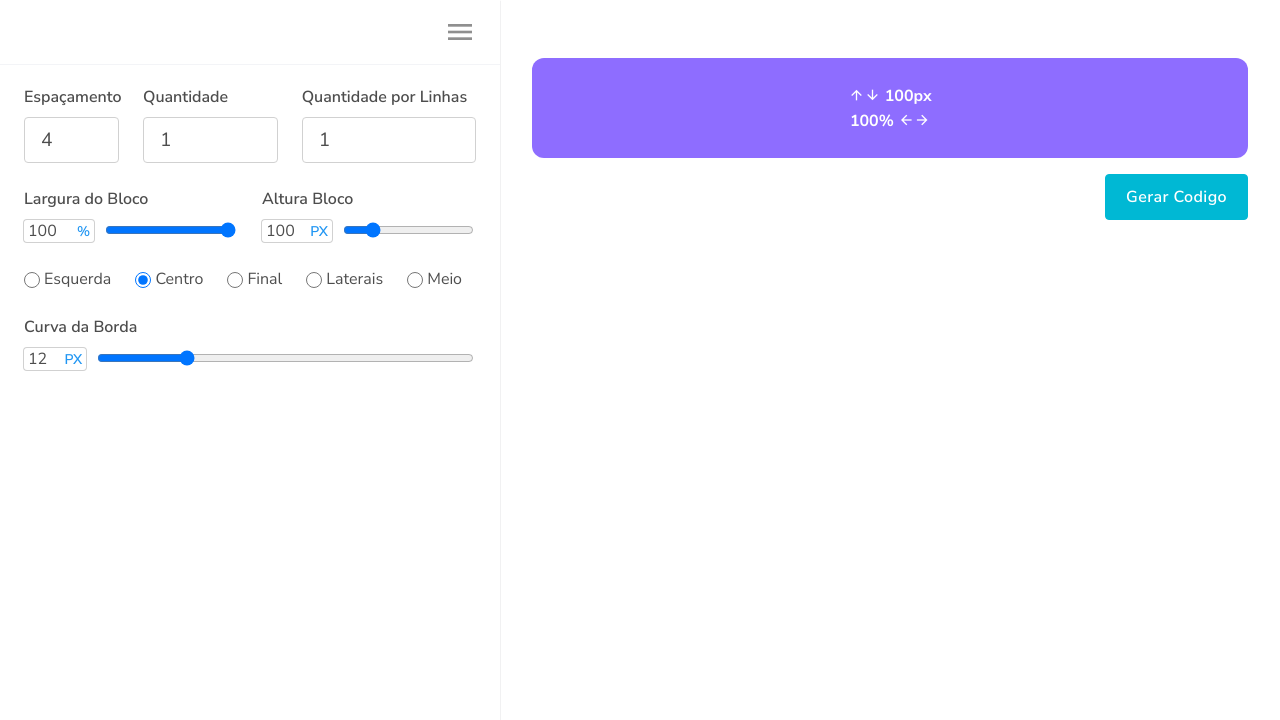
Repository: Flintdl/lowcode-elements
Page: /
The author's editor kept a copy of each file at every save. The page is drawn from the files as they stood at one save, then again after the next save.
The browser window is 1280 px wide. The pictures show the whole page.
The project was rebuilt for these pictures with package versions that can differ from the ones it lists, and the page was loaded fresh each time. Also part of the build but not shown: vue.config.js.

Above is the page before, as saved 2022-04-05 11:55:52.

### src/components/Menu/MenuTemplate.vue
<template>
  <div>
    <div
      class="ham burger-link-mobile sf-display-flex sf-display-md-none"
      @click="menu"
    >
      <i class="mdi mdi-menu sf-text-xlg sf-text-muted sf-dropdown-action"></i>
    </div>
    <nav class="sf-menu">
      <div class="sf-menu-header">
        <div
          @click="menu"
          class="hamburger-link sf-display-none sf-display-md-block"
        >
          <i
            class="mdi mdi-menu sf-text-xlg sf-text-muted sf-dropdown-action"
          ></i>
        </div>
      </div>
      <div class="sf-menu-body">
        <ul class="sf-menu-ul">
          <li class="sf-menu-li sf-px-4">
            <div class="sf-row">
              <InputGapTemplate
                :valorInput="inputGap"
                v-on:callback="getValorCampo"
              />
              <InputQuantidadeTemplate
                :valorInput="inputQuantidade"
                v-on:callback="getValorCampoQuantidade"
              />

              <div class="sf-col-5 sf-form-group">
                <label class="sf-label">Quantidade por Linhas</label>
                <input
                  type="number"
                  min="1"
                  max="12"
                  value="1"
                  id="inputQuantidadeLinha"
                  v-model="inputQuantidadeLinha"
                  class="filter-states sf-text-capitalize"
                  placeholder="Quantidade Linha"
                />
              </div>
              <div class="sf-col-6 sf-form-group">
                <label class="sf-label">Largura do Bloco</label>
                <div class="sf-input-group">
                  <div
                    class="sf-input-group-append sf-display-flex sf-justify-content-center"
                  >
                    <div
                      class="sf-display-flex sf-align-items-center sf-justify-content-center sf-border-left-0 sf-border-radius sf-border-radius-left-0 sf-pr-2 sf-text-info sf-font-weight-bold sf-min-80-px"
                    >
                      <div class="sf-input-group">
                        <input
                          type="number"
                          value="1"
                          min="1"
                          max="100"
                          v-model="inputRange"
                          class="sf-text-md sf-height-fit-content sf-pr-0 sf-pl-1 sf-border-right-0 sf-border-radius-right-0 sf-text-capitalize"
                          placeholder="Curva da Borda"
                        />
                        <div
                          class="sf-input-group-append sf-display-flex sf-justify-content-center"
                        >
                          <div
                            class="sf-display-flex sf-align-items-center sf-border sf-justify-content-center sf-border-left-0 sf-border-radius sf-border-radius-left-0 sf-pr-1 sf-text-info sf-font-weight-bold sf-text-sm"
                          >
                            %
                          </div>
                        </div>
                      </div>
                    </div>
                  </div>
                  <input
                    type="range"
                    min="10"
                    max="100"
                    value="10"
                    id="inputRange"
                    v-model="inputRange"
                    class="sf-px-0 sf-border-right-0 sf-border-radius-right-0 sf-text-capitalize"
                  />
                </div>
              </div>
              <div class="sf-col-6 sf-form-group">
                <label class="sf-label">Altura Bloco</label>
                <div class="sf-input-group">
                  <div
                    class="sf-input-group-append sf-display-flex sf-justify-content-center"
                  >
                    <div
                      class="sf-display-flex sf-align-items-center sf-justify-content-center sf-border-left-0 sf-border-radius sf-border-radius-left-0 sf-pr-2 sf-text-info sf-font-weight-bold sf-min-80-px"
                    >
                      <div class="sf-input-group">
                        <input
                          type="number"
                          value="1"
                          min="1"
                          max="500"
                          v-model="valorHeight"
                          class="sf-text-md sf-height-fit-content sf-pr-0 sf-pl-1 sf-border-right-0 sf-border-radius-right-0 sf-text-capitalize"
                          placeholder="Curva da Borda"
                        />
                        <div
                          class="sf-input-group-append sf-display-flex sf-justify-content-center"
                        >
                          <div
                            class="sf-display-flex sf-align-items-center sf-border sf-justify-content-center sf-border-left-0 sf-border-radius sf-border-radius-left-0 sf-pr-1 sf-text-info sf-font-weight-bold sf-text-sm"
                          >
                            PX
                          </div>
                        </div>
                      </div>
                    </div>
                  </div>
                  <input
                    type="range"
                    min="10"
                    max="500"
                    id="valorHeight"
                    v-model="valorHeight"
                    class="sf-px-0 sf-border-right-0 sf-border-radius-right-0 sf-text-capitalize"
                  />
                </div>
              </div>
              <div class="sf-col-auto sf-form-group">
                <input
                  id="start"
                  type="radio"
                  name="positionDivs"
                  v-model="checkValue"
                  value="start"
                  checked
                />
                <label for="start"> Esquerda</label>
              </div>

              <div class="sf-col-auto sf-form-group">
                <input
                  type="radio"
                  id="center"
                  name="positionDivs"
                  v-model="checkValue"
                  value="center"
                />
                <label for="center"> Centro</label>
              </div>

              <div class="sf-col-auto sf-form-group">
                <input
                  type="radio"
                  id="end"
                  name="positionDivs"
                  v-model="checkValue"
                  value="end"
                />
                <label for="end"> Final</label>
              </div>
              <div class="sf-col-auto sf-form-group">
                <input
                  type="radio"
                  id="between"
                  name="positionDivs"
                  v-model="checkValue"
                  value="between"
                />
                <label for="between"> Laterais</label>
              </div>
              <div class="sf-col-auto sf-form-group">
                <input
                  type="radio"
                  id="around"
                  name="positionDivs"
                  v-model="checkValue"
                  value="around"
                />
                <label for="around"> Meio</label>
              </div>
              <div class="sf-col-12 sf-form-group">
                <label class="sf-label">Curva da Borda</label>
                <div class="sf-input-group">
                  <div
                    class="sf-input-group-append sf-display-flex sf-justify-content-center"
                  >
                    <div
                      class="sf-display-flex sf-align-items-center sf-justify-content-center sf-border-left-0 sf-border-radius sf-border-radius-left-0 sf-pr-2 sf-text-info sf-font-weight-bold sf-min-60-px"
                    >
                      <div class="sf-input-group">
                        <input
                          type="number"
                          value="1"
                          min="1"
                          max="50"
                          v-model="inputBorderRadius"
                          class="sf-text-md sf-height-fit-content sf-pr-0 sf-pl-1 sf-border-right-0 sf-border-radius-right-0 sf-text-capitalize"
                          placeholder="Curva da Borda"
                        />
                        <div
                          class="sf-input-group-append sf-display-flex sf-justify-content-center"
                        >
                          <div
                            class="sf-display-flex sf-align-items-center sf-border sf-justify-content-center sf-border-left-0 sf-border-radius sf-border-radius-left-0 sf-pr-1 sf-text-info sf-font-weight-bold sf-text-sm"
                          >
                            PX
                          </div>
                        </div>
                      </div>
                    </div>
                  </div>
                  <input
                    type="range"
                    value="1"
                    min="1"
                    max="50"
                    id="inputBorderRadius"
                    v-model="inputBorderRadius"
                    class="sf-px-0 sf-border-right-0 sf-border-radius-right-0 sf-text-capitalize"
                    placeholder="Curva da Borda"
                  />
                </div>
              </div>
            </div>
          </li>
        </ul>
      </div>
    </nav>
    <div class="sf-content-page">
      <HomeView
        :valor="inputRange"
        :inputGap="inputGap"
        :valorHeight="valorHeight"
        :quantidade="parseInt(inputQuantidade)"
        :quantidadeLinha="inputQuantidadeLinha"
        :inputBorderRadius="inputBorderRadius"
        :checkValue="checkValue"
      />
    </div>
    <div class="ga-mascara-fundo" @click="mask"></div>
  </div>
</template>

<script>
import HomeView from "@/views/HomeView.vue";
import InputGapTemplate from "@/components/templates/InputGapTemplate.vue";
import InputQuantidadeTemplate from "@/components/templates/InputQuantidadeTemplate.vue";
import image from "@/assets/logo-soften.webp";

export default {
  name: "MenuTemplate",
  data: function () {
    return {
      inputQuantidade: (this.inputQuantidade = "1"),
      inputQuantidadeLinha: (this.inputQuantidadeLinha = "1"),
      inputBorderRadius: (this.inputBorderRadius = "12"),
      inputRange: (this.inputRange = "100"),
      valorHeight: (this.valorHeight = "100"),
      inputGap: (this.inputGap = "4"),
      checkValue: (this.checkValue = "center"),
      image: image,
    };
  },
  components: {
    HomeView,
    InputGapTemplate,
    InputQuantidadeTemplate,
  },
  beforeMount() {
    if (window.innerWidth >= 768) {
      if (localStorage.getItem("menu") === "fechado") {
        document.body.classList.add("menu-fechado");
      } else {
        document.body.classList.remove("menu-fechado");
      }
    }

    (function () {
      var current = window.location.pathname.split("")[0];
      if (current === "") return;
      var menuItems = document.querySelectorAll(".sf-menu-list-link");
      for (var i = 0, len = menuItems.length; i < len; i++) {
        if (menuItems[i].getAttribute("href").indexOf(current) !== -1) {
          menuItems[i].className += " active-nolink";
          menuItems[i].nextElementSibling.className += " active-nolink";
        }
      }
    })();
  },
  methods: {
    menu() {
      if (window.innerWidth >= 768) {
        document.body.classList.toggle("menu-fechado");
        if (document.body.classList.contains("menu-fechado")) {
          localStorage.setItem("menu", "fechado");
        } else {
          localStorage.removeItem("menu");
        }
      } else {
        document.body.classList.toggle("menu-mobile-aberto");
      }
    },
    mask() {
      document.body.classList.remove("menu-mobile-aberto");
    },
    getValorCampo(valor) {
      this.inputGap = valor;
    },
    getValorCampoQuantidade(valor) {
      this.inputQuantidade = valor;
    },
  },
};

// function dropdown(menu) {
//   var dropdowns = document.getElementsByClassName("sf-dropdown-menu");
//   var i;
//   for (i = 0; i < dropdowns.length; i++) {
//     var openDropdown = dropdowns[i];
//     if (openDropdown.classList.contains("show")) {
//       openDropdown.classList.remove("show");
//     }
//   }
//   document.querySelector(menu).classList.toggle("show");
// }
</script>

<style lang="scss">
@import "@/assets/scss/style.scss";
@import "@/assets/scss/standard.scss";
@import "@/assets/scss/menu.scss";
</style>

### src/assets/scss/_variables.scss
// Primarys Colors
$standardTextColor: #4d4d4d;

$primaryColor: #8e6dff;
$secondaryColor: #009997;
$buttonDisableColor: #9c9c9c;
$buttonDisableBgColor: #7676764d;

// Menu Colors

$bgMenuColor: #1d1d1d;
$linkMenuColor: #7b8089;
$iconMenuColor: #2a2a2a;
$borderMenuColor: #323232;

// Botão Colors

$btnPrimary: #00b8d4;
$btnPrimaryHover: #0085b0;

// Generics Colors

$whiteColor: #ffffff;
$mutedColor: #8f8f8f;
$cardColor: #f3f4f7;
$cardColorLight: #f9fafc;
$cardColorLightTwo: #f1f5fc;
$greyLight: #d1d1d1;

// Dropdown Colors

$dropdownHeaderColor: #5f5f5f;
$dropdownColor: #ebffff;

// State Colors

$successColor: #3dc661;
$dangerColor: #e7515a;
$warningColor: #e2a03f;
$infoColor: #2196f3;
$defaultColor: #172b4d;
$lightColor: #e0e0e0;

### src/views/HomeView.vue
<template>
  <div>
    <div class="sf-row">
      <div
        id="sf-preview-code-content"
        class="sf-col-12 sf-mx-auto sf-position-relative"
      >
        <!-- <div class="sf-display-flex sf-flex-wrap sf-width-100">
          <div
            id="sf-grid-template"
            class="sf-grid sf-position-relative"
            :style="{
              width: cssProps.width,
              height: String(valorHeight) + 'px',
              left: inputGap / 2 + 'px',
            }"
            v-bind:key="n"
            v-for="n of quantidade"
          ></div>
        </div> -->
        <div id="sf-preview-code">
          <div
            :style="gapProps"
            :class="[
              'sf-display-flex sf-flex-wrap sf-width-100',
              'sf-justify-content-' + checkValue,
            ]"
          >
            <DivGrid
              v-bind:key="n"
              v-for="n of quantidade"
              :tamanho="String(valor)"
              :altura="String(valorHeight)"
              class="sf-position-relative"
              :cssDefinido="cssProps"
            />
          </div>
        </div>
      </div>
      <div class="sf-col-12 sf-mt-3 sf-display-flex sf-justify-content-end">
        <button class="sf-btn sf-btn-primary" @click="gerarCodigo">
          Gerar Codigo
        </button>
      </div>
    </div>
    <div class="sf-row" v-if="htmlPreviewCode">
      <div class="sf-col-12 sf-mx-auto sf-mt-5 sf-code-content">
        <div class="sf-bg-code sf-p-4 sf-border-radius">
          <code>
            <span class="sf-text-info">Código do Preview</span> <br />
            {{ htmlPreviewCode }}
          </code>
        </div>
      </div>
    </div>
  </div>
</template>

<script>
// @ is an alias to /src

import DivGrid from "@/components/templates/DivGrid.vue";

export default {
  name: "HomeView",
  data: function () {
    return {
      htmlPreviewCode: null,
    };
  },
  components: {
    DivGrid,
  },
  props: {
    valor: String,
    inputGap: String,
    quantidade: Number,
    valorHeight: String,
    quantidadeLinha: String,
    inputBorderRadius: String,
    checkValue: String,
  },
  computed: {
    cssProps() {
      return {
        width: `calc((${this.valor}% - ${this.inputGap}px * ${
          this.quantidadeLinha - "1"
        }) / ${this.quantidadeLinha})`,
        height: this.valorHeight + "px",
        "border-radius": this.inputBorderRadius + "px",
      };
    },
    gapProps() {
      return {
        gap: this.inputGap + "px",
      };
    },
  },
  methods: {
    gerarCodigo() {
      this.htmlPreviewCode =
        document.getElementById("sf-preview-code").innerHTML;
    },
  },
};
</script>

<style>
#sf-grid-template:after {
  content: "";
  width: 100%;
  height: 150%;
  top: -25%;
  background-color: #ff008c0a;
  border: 1px solid rgba(255, 0, 140, 0.103);
  border-left: 2px solid #ff008c38;
  border-right: 2px solid #ff008c38;
  position: absolute;
}
</style>

### src/components/templates/InputGapTemplate.vue
<template>
  <div class="sf-col-3 sf-form-group">
    <label class="sf-label">Espaçamento</label>
    <input
      type="number"
      min="1"
      max="12"
      value="2"
      id="inputGap"
      v-model="valor"
      class="filter-states sf-text-capitalize"
      placeholder="Quantidade de Blocos"
    />
  </div>
</template>

<script>
export default {
  props: {
    valorInput: String,
  },
  computed: {
    valor: {
      get() {
        var inp = this.valorInput;
        return inp;
      },
      set(valorInput) {
        this.$emit("callback", valorInput);
      },
    },
  },
};
</script>

<style></style>

### src/components/templates/InputQuantidadeTemplate.vue
<template>
  <div class="sf-col-4 sf-form-group">
    <label class="sf-label">Quantidade</label>
    <input
      type="number"
      value="1"
      id="inputQuantidade"
      v-model="valor"
      class="filter-states sf-text-capitalize"
      placeholder="Quantidade de Blocos"
    />
  </div>
</template>

<script>
export default {
  props: {
    valorInput: String,
  },
  computed: {
    valor: {
      get() {
        var inp = this.valorInput;
        return inp;
      },
      set(valorInput) {
        this.$emit("callback", valorInput);
      },
    },
  },
};
</script>

<style></style>

### src/components/templates/DivGrid.vue
<template>
  <div
    class="sf-bg-primary sf-position-relative sf-overflow-hidden"
    :style="cssDefinido"
  >
    <span
      class="sf-position-absolute sf-centerAbsolute-xy sf-text-white sf-font-weight-extra-bold sf-text-center"
      :style="tamanho"
    >
      <i
        class="mdi mdi-arrow-up sf-text-md sf-text-white sf-dropdown-action"
      ></i>
      <i
        class="mdi mdi-arrow-down sf-text-md sf-text-white sf-dropdown-action"
      ></i>
      {{ altura }}px <br />

      {{ tamanho }}%
      <i
        class="mdi mdi-arrow-left sf-text-md sf-text-white sf-dropdown-action"
      ></i>
      <i
        class="mdi mdi-arrow-right sf-text-md sf-text-white sf-dropdown-action"
      ></i>
    </span>
  </div>
</template>

<script>
export default {
  props: {
    cssDefinido: Object,
    tamanho: String,
    altura: String,
  },
};
</script>

<style></style>

### src/components/templates/InputQuantLinhasTemplate.vue
<template>
  <div class="sf-col-4 sf-form-group">
    <label class="sf-label">Quantidade</label>
    <input
      type="number"
      value="1"
      id="inputQuantidade"
      v-model="valor"
      class="filter-states sf-text-capitalize"
      placeholder="Quantidade de Blocos"
    />
  </div>
</template>

<script>
export default {
  props: {
    valorInput: String,
  },
  computed: {
    valor: {
      get() {
        var inp = this.valorInput;
        return inp;
      },
      set(valorInput) {
        this.$emit("callback", valorInput);
      },
    },
  },
};
</script>

<style></style>

Loaded but not shown: public/index.html (common file); src/main.js (common file); src/App.vue (common file); src/registerServiceWorker.js (common file); src/router/index.js (common file); src/assets/scss/materialdesignicons.scss (9 lines, source omitted); src/assets/scss/style.scss (4095 lines, source omitted); src/assets/scss/menu.scss (396 lines, source omitted); src/assets/scss/standard.scss (381 lines, source omitted)

After the next save:
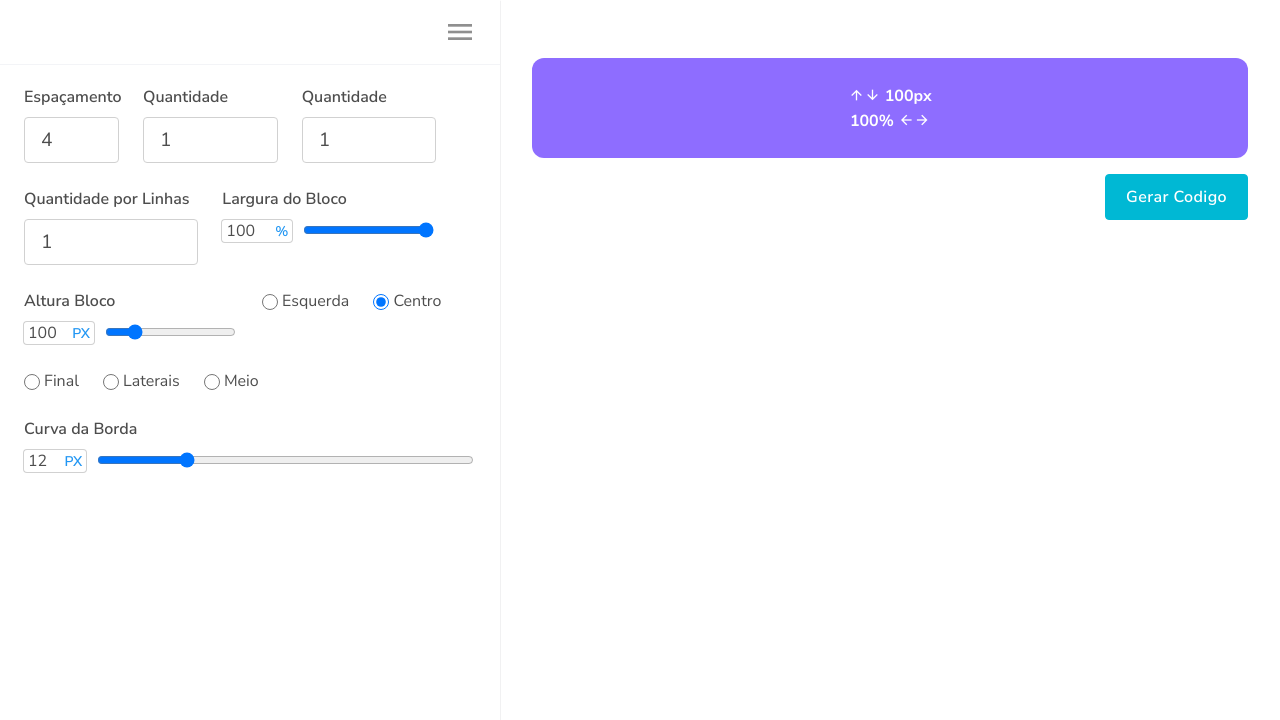
Saved 93 min 56 s later.
--- a/src/components/Menu/MenuTemplate.vue
+++ b/src/components/Menu/MenuTemplate.vue
@@ -28,6 +28,11 @@
               <InputQuantidadeTemplate
                 :valorInput="inputQuantidade"
                 v-on:callback="getValorCampoQuantidade"
+              />
+
+              <InputQuantLinhasTemplate
+                :valorInput="inputQuantidadeLinha"
+                v-on:callback="getValorCampoQuantidadeLinha"
               />
 
               <div class="sf-col-5 sf-form-group">
@@ -246,6 +251,7 @@
 import HomeView from "@/views/HomeView.vue";
 import InputGapTemplate from "@/components/templates/InputGapTemplate.vue";
 import InputQuantidadeTemplate from "@/components/templates/InputQuantidadeTemplate.vue";
+import InputQuantLinhasTemplate from "@/components/templates/InputQuantLinhasTemplate.vue";
 import image from "@/assets/logo-soften.webp";
 
 export default {
@@ -266,6 +272,7 @@ export default {
     HomeView,
     InputGapTemplate,
     InputQuantidadeTemplate,
+    InputQuantLinhasTemplate,
   },
   beforeMount() {
     if (window.innerWidth >= 768) {
@@ -310,6 +317,9 @@ export default {
     getValorCampoQuantidade(valor) {
       this.inputQuantidade = valor;
     },
+    getValorCampoQuantidadeLinha(valor) {
+      this.inputQuantidadeLinha = valor;
+    },
   },
 };
 

After the save that followed:
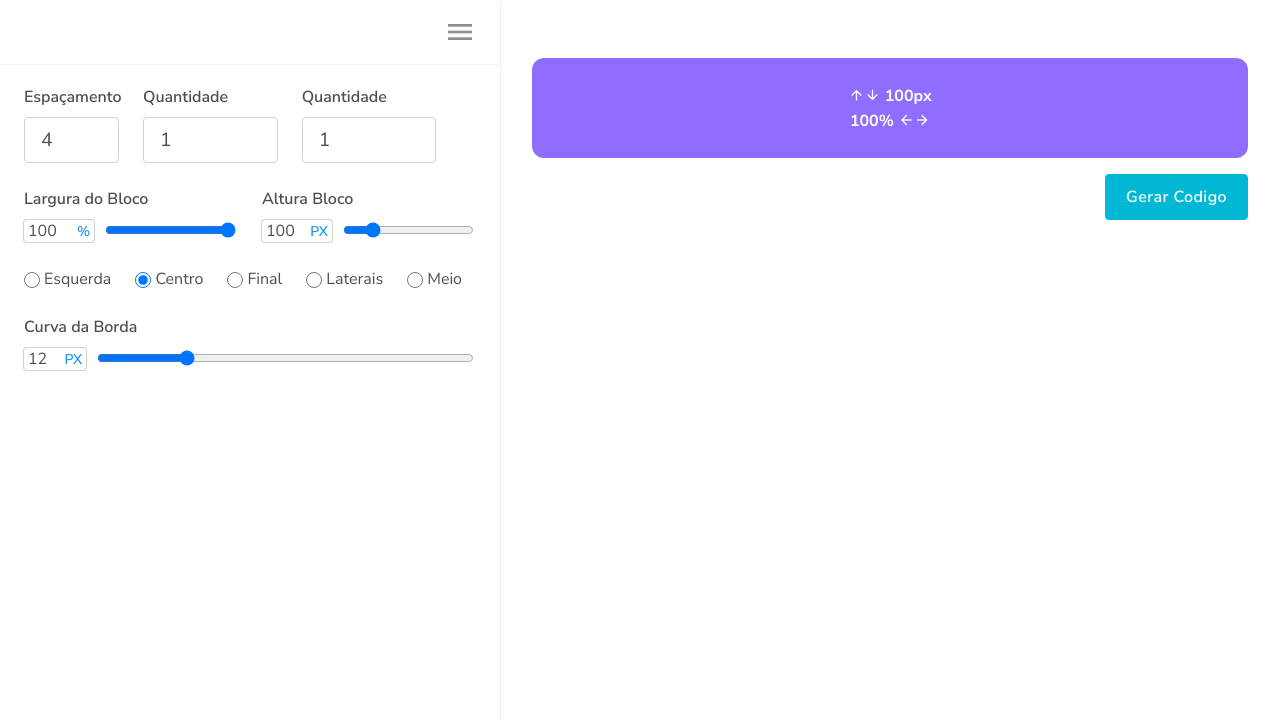
Saved 16 s later.
--- a/src/components/Menu/MenuTemplate.vue
+++ b/src/components/Menu/MenuTemplate.vue
@@ -29,25 +29,11 @@
                 :valorInput="inputQuantidade"
                 v-on:callback="getValorCampoQuantidade"
               />
-
               <InputQuantLinhasTemplate
                 :valorInput="inputQuantidadeLinha"
                 v-on:callback="getValorCampoQuantidadeLinha"
               />
 
-              <div class="sf-col-5 sf-form-group">
-                <label class="sf-label">Quantidade por Linhas</label>
-                <input
-                  type="number"
-                  min="1"
-                  max="12"
-                  value="1"
-                  id="inputQuantidadeLinha"
-                  v-model="inputQuantidadeLinha"
-                  class="filter-states sf-text-capitalize"
-                  placeholder="Quantidade Linha"
-                />
-              </div>
               <div class="sf-col-6 sf-form-group">
                 <label class="sf-label">Largura do Bloco</label>
                 <div class="sf-input-group">
